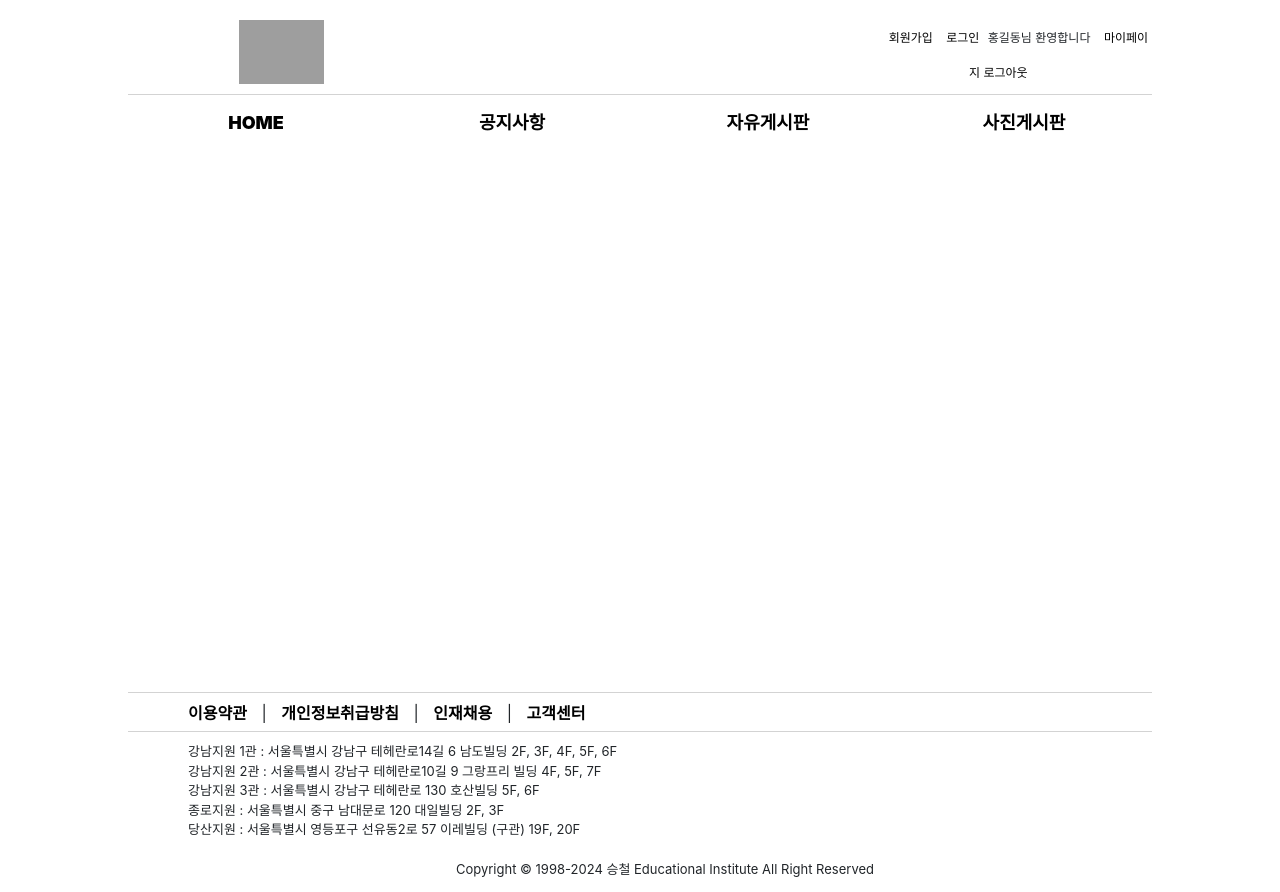
Repository: hwan9207/newframework
Page: http://localhost/springProject/
An editor plug-in stored every save of this project. The page is shown before and after a run of saves, followed by the edit.
The browser window is 1280 px wide. The pictures show the whole page.
Pictures or frames that could not be fetched are drawn as grey boxes. The page is served by Tomcat 9. Nobody is signed in. The application's start-up code is not run. Other server files are loaded and not shown.

Above is the page before, as saved 2024-06-17 08:06:29.

### springProject/src/main/webapp/index.jsp
<%@ page language="java" contentType="text/html; charset=UTF-8"
    pageEncoding="UTF-8"%>
<!DOCTYPE html>
<html>
<head>
<meta charset="UTF-8">
<title>Insert title here</title>
</head>
<body>
	<jsp:forward page="WEB-INF/views/main.jsp"/>
</body>
</html>

### springProject/src/main/webapp/WEB-INF/views/main.jsp
<%@ page language="java" contentType="text/html; charset=UTF-8"
    pageEncoding="UTF-8"%>
<!DOCTYPE html>
<html>
<head>
<meta charset="UTF-8">
<title>스프링 연습</title>
<style>
	#content{
		height: 500px;
	}
</style>
</head>
<body>
	<jsp:include page="common/menubar.jsp"/>

	<div id="content">

	</div>

	<jsp:include page="common/footer.jsp"/>
</body>
</html>

### springProject/src/main/webapp/WEB-INF/views/common/menubar.jsp
<%@ page language="java" contentType="text/html; charset=UTF-8"
    pageEncoding="UTF-8"%>
<%@ taglib prefix="c" uri="http://java.sun.com/jsp/jstl/core"  %>
<%@ taglib prefix="fmt" uri="http://java.sun.com/jsp/jstl/fmt" %>
<%@ taglib prefix="fn" uri = "http://java.sun.com/jsp/jstl/functions"%>
<c:set var="path2" value="${pageContext.request.contextPath }" />
<!DOCTYPE html>
<html lang="en">
<head>
    <meta charset="UTF-8">
    <title>Document</title>
    <script src="https://ajax.googleapis.com/ajax/libs/jquery/3.7.1/jquery.min.js"></script>
    <link rel="stylesheet" href="https://maxcdn.bootstrapcdn.com/bootstrap/4.5.2/css/bootstrap.min.css">
    <script src="https://maxcdn.bootstrapcdn.com/bootstrap/4.5.2/js/bootstrap.min.js"></script>
    <style>
        div {box-sizing:border-box;}
        #header {
            width:80%;
            height:100px;
            padding-top:20px;
            margin:auto;
        }
        #header>div {width:100%; margin-bottom:10px;}
        #header_1 {height:80%;}
        #header_2 {height:60%;}

        #header_1>div{
            height:100%;
            float:left;
        }
        #header_1_left {width:30%; position:relative;}
        #header_1_center {width:40%;}
        #header_1_right {width:30%;}

        #header_1_left>img {height:100%; position:absolute; margin:auto; top:0px; bottom:0px; right:0px; left:0px;}
        #header_1_right {text-align:center; line-height:35px; font-size:12px; text-indent:35px;}
        #header_1_right>a {margin:5px;}
        #header_1_right>a:hover {cursor:pointer;}

        #header_2>ul {width:100%; height:100%; list-style-type:none; margin:auto; padding:0;}
        #header_2>ul>li {float:left; width:25%; height:100%; line-height:55px; text-align:center;}
        #header_2>ul>li a {text-decoration:none; color:black; font-size:18px; font-weight:900;}

        #header_2 {border-top:1px solid lightgray;}

        #header a {text-decoration:none; color:black;}

        .content {
            background-color:rgb(247, 245, 245);
            width:80%;
            margin:auto;
        }
        .innerOuter {
            border:1px solid lightgray;
            width:80%;
            margin:auto;
            padding:5% 10%;
            background-color:white;
        }

    </style>
</head>
<body>

    <div id="header">
        <div id="header_1">
            <div id="header_1_left">
                <img src="https://kh-academy.co.kr/resources/images/main/logo.svg" alt="">
            </div>
            <div id="header_1_center"></div>
            <div id="header_1_right">
                <!-- 로그인 전 -->
	                <a href="">회원가입</a>
	                <a data-toggle="modal" data-target="#loginModal">로그인</a> <!-- 모달의 원리 : 이 버튼 클릭시 data-targer에 제시되어있는 해당 아이디의 div요소를 띄워줌 -->

                <!-- 로그인 후 -->

                    <lable>홍길동님 환영합니다</label> &nbsp;&nbsp;
                    <a href="">마이페이지</a>
                    <a href="">로그아웃</a>

            </div>
        </div>
        <div id="header_2">
            <ul>
                <li><a href="">HOME</a></li>
                <li><a href="">공지사항</a></li>
                <li><a href="">자유게시판</a></li>
                <li><a href="">사진게시판</a></li>
            </ul>
        </div>
    </div>

    <!-- 로그인 클릭 시 뜨는 모달 (기존에는 안보이다가 위의 a 클릭 시 보임) -->
    <div class="modal fade" id="loginModal">
        <div class="modal-dialog modal-sm">
            <div class="modal-content">
                <!-- Modal Header -->
                <div class="modal-header">
                    <h4 class="modal-title">Login</h4>
                    <button type="button" class="close" data-dismiss="modal">&times;</button>
                </div>

                <form action="login.do" method="post">
                    <!-- Modal body -->
                    <div class="modal-body">
                        <label for="userId" class="mr-sm-2">ID : </label>
                        <input type="text" class="form-control mb-2 mr-sm-2" placeholder="Enter ID" id="userId" name="userId"> <br>
                        <label for="userPwd" class="mr-sm-2">Password : </label>
                        <input type="password" class="form-control mb-2 mr-sm-2" placeholder="Enter Password" id="userPwd" name="userPwd">
                    </div>

                    <!-- Modal footer -->
                    <div class="modal-footer">
                        <button type="submit" class="btn btn-success">로그인</button>
                        <button type="button" class="btn btn-danger" data-dismiss="modal">취소</button>
                    </div>
                </form>
            </div>
        </div>

    </div>

    <br clear="both">
</body>
</html>

### springProject/src/main/webapp/WEB-INF/views/common/footer.jsp
<!DOCTYPE html>
<html lang="en">
<head>
    <meta charset="UTF-8">
    <%@ page language="java" contentType="text/html; charset=UTF-8" pageEncoding="UTF-8"%>
    <title>Document</title>
    <style>
        /* div{border:1px solid red;} */
        #footer {
            width:80%;
            height:200px;
            margin:auto;
            margin-top:50px;
        }
        #footer-1 {
            width:100%;
            height:20%;
            border-top:1px solid lightgray;
            border-bottom:1px solid lightgray;
        }
        #footer-2 {width:100%; height:80%;}
        #footer-1, #footer-2 {padding-left:50px;}
        #footer-1>a {
            text-decoration:none;
            font-weight:600;
            margin:10px;
            line-height:40px;
            color:black;
        }
        #footer-2>p {
            margin:0;
            padding:10px;
            font-size:13px;
        }
        #p2 {text-align:center;}
    </style>
</head>
<body>
    <div id="footer">
        <div id="footer-1">
            <a href="#">이용약관</a> |
            <a href="#">개인정보취급방침</a> |
            <a href="#">인재채용</a> |
            <a href="#">고객센터</a>
        </div>

        <div id="footer-2">
            <p id="p1">
                강남지원 1관 : 서울특별시 강남구 테헤란로14길 6 남도빌딩 2F, 3F, 4F, 5F, 6F <br>
                강남지원 2관 : 서울특별시 강남구 테헤란로10길 9 그랑프리 빌딩 4F, 5F, 7F <br>
                강남지원 3관 : 서울특별시 강남구 테헤란로 130 호산빌딩 5F, 6F <br>
                종로지원 : 서울특별시 중구 남대문로 120 대일빌딩 2F, 3F <br>
                당산지원 : 서울특별시 영등포구 선유동2로 57 이레빌딩 (구관) 19F, 20F
            </p>
            <p id="p2">Copyright © 1998-2024 승철 Educational Institute All Right Reserved</p>
        </div>
    </div>
</body>
</html>

After the next 3 saves:
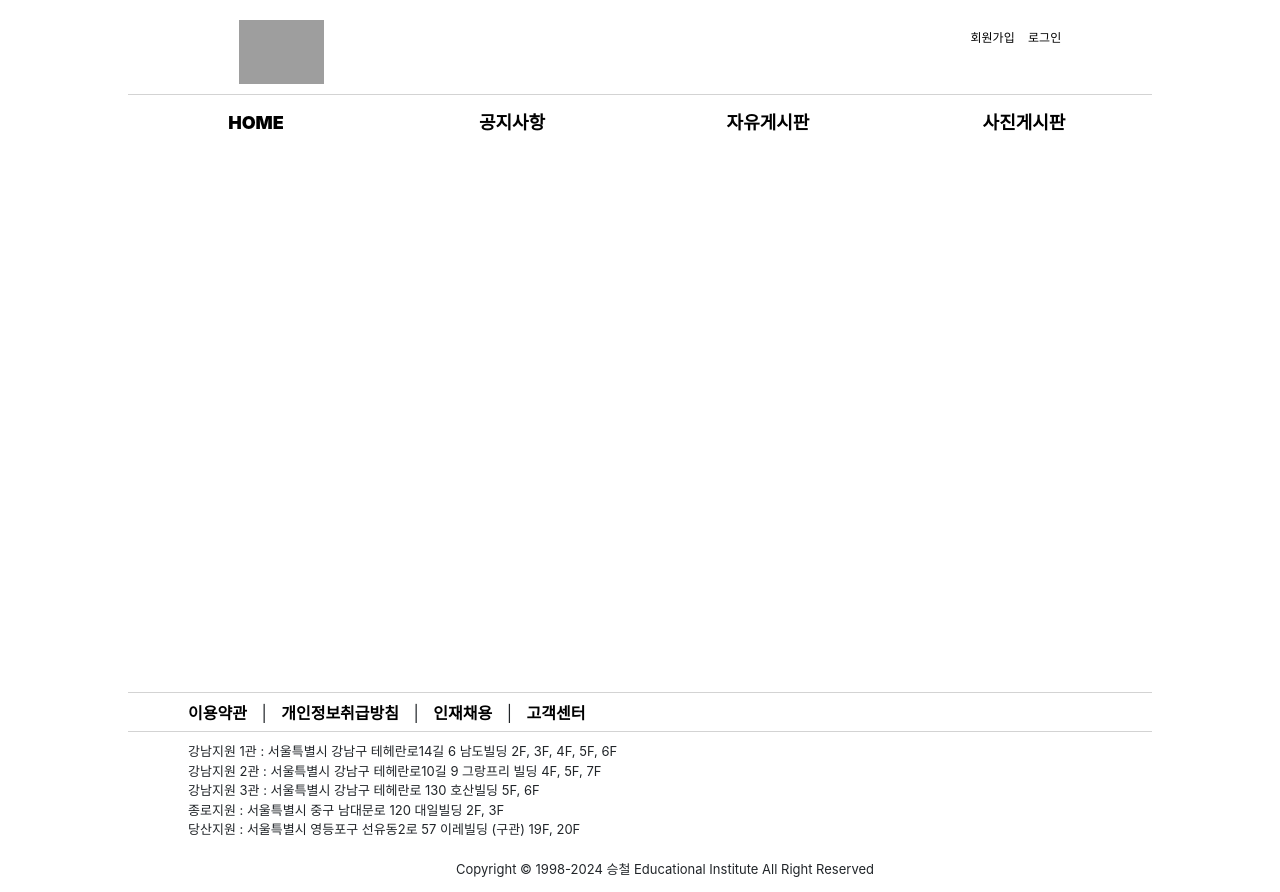
The 3 saves are shown as one change because 2 did not build or start.
The last was saved 25 min 1 s later.
--- a/springProject/src/main/webapp/WEB-INF/views/common/menubar.jsp
+++ b/springProject/src/main/webapp/WEB-INF/views/common/menubar.jsp
@@ -1,8 +1,7 @@
 <%@ page language="java" contentType="text/html; charset=UTF-8"
     pageEncoding="UTF-8"%>
 <%@ taglib prefix="c" uri="http://java.sun.com/jsp/jstl/core"  %>
-<%@ taglib prefix="fmt" uri="http://java.sun.com/jsp/jstl/fmt" %>
-<%@ taglib prefix="fn" uri = "http://java.sun.com/jsp/jstl/functions"%>
+
 <c:set var="path2" value="${pageContext.request.contextPath }" />
 <!DOCTYPE html>
 <html lang="en">
@@ -70,15 +69,18 @@
             <div id="header_1_center"></div>
             <div id="header_1_right">
                 <!-- 로그인 전 -->
-	                <a href="">회원가입</a>
-	                <a data-toggle="modal" data-target="#loginModal">로그인</a> <!-- 모달의 원리 : 이 버튼 클릭시 data-targer에 제시되어있는 해당 아이디의 div요소를 띄워줌 -->
-
+                <c:choose>
+                	<c:when test="${ sessionScope.loginUser eq null}">
+		                <a href="">회원가입</a>
+		                <a data-toggle="modal" data-target="#loginModal">로그인</a> <!-- 모달의 원리 : 이 버튼 클릭시 data-targer에 제시되어있는 해당 아이디의 div요소를 띄워줌 -->
+                	</c:when>
+                	<c:otherwise>
                 <!-- 로그인 후 -->
-
-                    <lable>홍길동님 환영합니다</label> &nbsp;&nbsp;
-                    <a href="">마이페이지</a>
-                    <a href="">로그아웃</a>
-
+	                    <lable>${ sessionScope.loginUser.userName }님 환영합니다.</label> &nbsp;&nbsp;
+	                    <a href="">마이페이지</a>
+	                    <a href="">로그아웃</a>
+                    </c:otherwise>
+                </c:choose>
             </div>
         </div>
         <div id="header_2">
